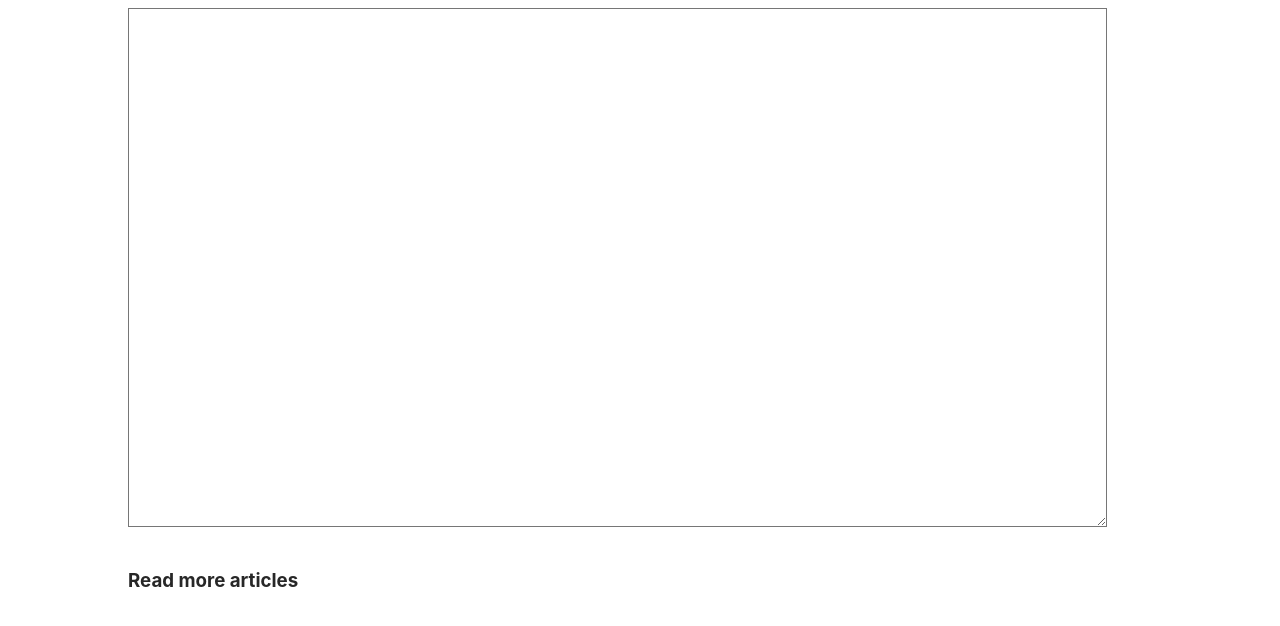
Repository: ValGrace/-static-site
Page: /articles (app in client/)
An editor plug-in stored every save of this project. The page is shown before and after the next save, followed by the edit.
The browser window is 1280 px wide. The pictures show the whole page.
The project was rebuilt for these pictures with package versions that can differ from the ones it lists, and the page was loaded fresh each time. Also part of the build but not shown: client/vite.config.js, client/src/Utils/appwrite.js, client/src/Components/Inputs.css, client/src/Components/Login.jsx, client/src/Components/Signup.jsx, client/src/Components/Navbar.css, client/src/Components/Navbar.jsx, client/src/Components/HomeSection.jsx and 4 more.

Above is the page before, as saved 2023-02-13 06:22:30.

### client/src/main.jsx
import React from 'react'
import ReactDOM from 'react-dom/client'
import App from './App'
import './index.css'
import { BrowserRouter } from 'react-router-dom'
ReactDOM.createRoot(document.getElementById('root')).render(
  <React.StrictMode>
    <BrowserRouter>
    <App />
    </BrowserRouter>
  </React.StrictMode>,
)

### client/src/App.jsx
import PageRouter from './Routing/PageRouter'
import './App.css'

function App() {


  return (
    <div className="App">
      <PageRouter />
    </div>
  )
}

export default App

### client/src/index.css
:root {
  font-family: Inter, system-ui, Avenir, Helvetica, Arial, sans-serif;
  line-height: 1.5;
  font-weight: 400;

  color-scheme: light dark;
  color: rgba(7, 7, 7, 0.87);
  background-color: #ffffff;

  font-synthesis: none;
  text-rendering: optimizeLegibility;
  -webkit-font-smoothing: antialiased;
  -moz-osx-font-smoothing: grayscale;
  -webkit-text-size-adjust: 100%;
}

/* a {
  font-weight: 500;
  color: #646cff;
  text-decoration: inherit;
}
a:hover {
  color: #535bf2;
}

body {
  margin: 0;
  display: flex;
  place-items: center;
  min-width: 320px;
  min-height: 100vh;
}

h1 {
  font-size: 3.2em;
  line-height: 1.1;
}

button {
  border-radius: 8px;
  border: 1px solid transparent;
  padding: 0.6em 1.2em;
  font-size: 1em;
  font-weight: 500;
  font-family: inherit;
  background-color: #1a1a1a;
  cursor: pointer;
  transition: border-color 0.25s;
}
button:hover {
  border-color: #646cff;
}
button:focus,
button:focus-visible {
  outline: 4px auto -webkit-focus-ring-color;
}

@media (prefers-color-scheme: light) {
  :root {
    color: #213547;
    background-color: #ffffff;
  }
  a:hover {
    color: #747bff;
  }
  button {
    background-color: #f9f9f9;
  }
} */

### client/src/Routing/PageRouter.jsx
import Dashboard from "../Pages/Dashboard";
import HomePage from "../Pages/HomePage";
import { Routes, Route} from "react-router-dom"
import AboutPage from "../Pages/aboutPage";
import Articles from "../Pages/Articles";
const PageRouter = () => {
    return (
        <Routes>
            <Route path="/" element={<Dashboard />} />
            <Route path="/home" element={<HomePage />} />
            <Route path="/about" element={<AboutPage />} />
            <Route path="/articles" element={<Articles />} />

        </Routes>
    )
}

export default PageRouter

### client/src/App.css
.App {
  display: flex;
  flex-direction: column;
  justify-content: center;
  align-items: center;
}

### client/src/Pages/Dashboard.jsx
import React, { useReducer} from 'react'
import Login from '../Components/Login'
import Signup from '../Components/Signup'
import "../Components/Inputs.css"
const initialState = {page : <Login />}
function reducer(state, action) {
    switch(action.type) {
        case 'loginpage':
          return { page: <Login />}
        case 'signuppage':
            return { page: <Signup />}
        default:
            return { page: <h2>Loading....</h2>}
    }
}
const Dashboard = () => {
    const [state, dispatch] = useReducer(reducer, initialState)
    return (
        <div className='dashboard'>
         <h2>Static Site Generator</h2>
         <div>Static site Image</div>
         <div className='dash' id='dash'>
            <div className='toggleForms'>
                <button onClick={() => dispatch({type: 'loginpage'})} className="type-btn">Login</button>
                <button onClick={() => dispatch({type: 'signuppage'})} className="type-btn">Signup</button>
                </div>
            <React.Fragment>{state.page}</React.Fragment>

            <button id="auth-btns">Login with Github account</button>
            <button id="auth-btns">Login with Google account</button>
         </div>
       </div>
    )
}

export default Dashboard

### client/src/Pages/Articles.jsx
const Articles = () => {
    return (
        <>
          <div className="articles">
            <div className="md-editor">
            <textarea />
            </div>
            <div>
                <h3>Read more articles</h3>
            </div>
          </div>
        </>
    )
}

export default Articles

### client/src/Components/InfoPage.css
#about-page {
    font-size:2rem;
    text-transform: capitalize;

    width: 80vw;

    text-align: center;
}

.about-mid {
   display: flex;
   gap: 0.4rem;
   flex-wrap: wrap;
   flex-direction: column;
}

.about-info, .abt-context {
    /* width: 25vw; */
    display: flex;
    flex-direction: column;

}
#context {
    width: 75vw;
}

.abt-img {
    background-color: rgba(54, 4, 4, 0.685);
    width: 75vw;

}

.md-editor {
    width: 80vw;
    height: 75vh;
}

.md-editor > textarea {
    width: 95%;
    height: 95%;
    background-color: transparent;
}
.md-edit {
    position: absolute;
    width: 80vw;
    height: 90vh;
    top: 10%;

}

.md-edit > textarea {
    width: 90%;
    height: 95%;
    background-color: black;
    color: aliceblue;
    border-radius: 8px;
}

.md-btns {
    display: flex;
    background-color: rgb(38, 5, 114);
    color: rgb(176, 176, 197);
}

#md-btn {
    flex-grow: 1;
}
@media screen and (min-width: 670px) {
    #abt-info {
        flex-direction: row-reverse;
    }
    .about-info, .abt-context {
        flex-direction: row;
        justify-content: center;
        gap: 0.8em;

    }
    .abt-pg {
        display: flex;
        flex-direction: column;
        width: 40vw;
    }
    .abt-img {
        width: 40vw;
    }

}

Loaded but not shown: client/index.html (common file)

After the next save:
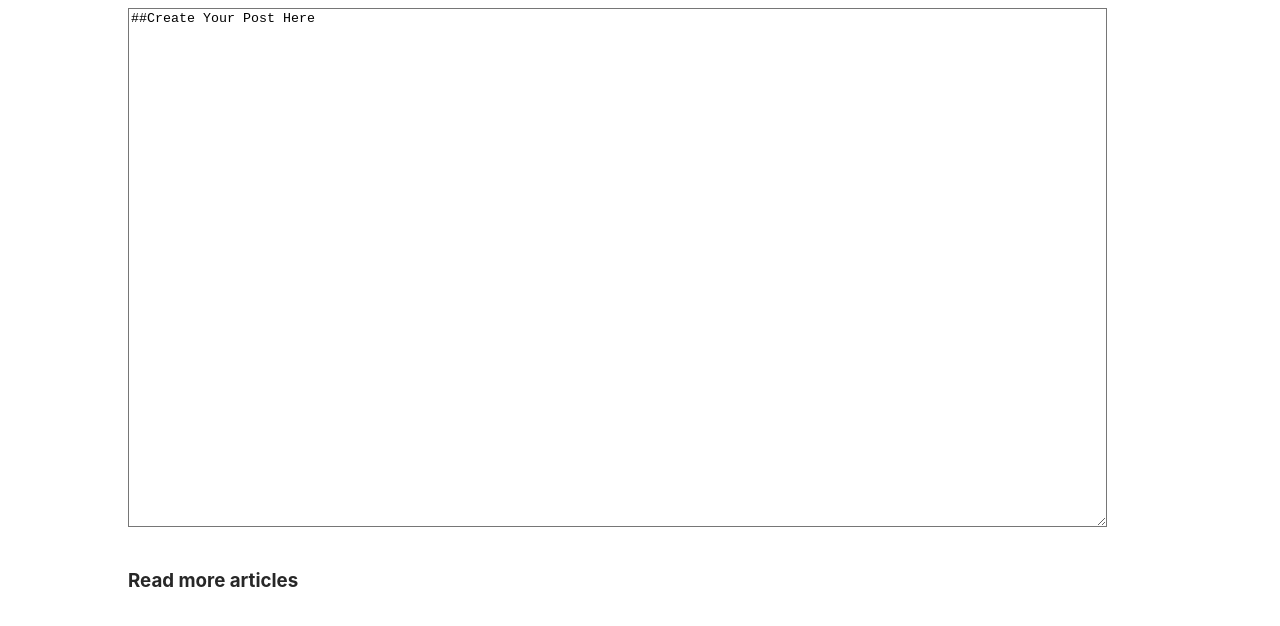
Saved 12 min 14 s later.
--- a/client/src/Pages/Articles.jsx
+++ b/client/src/Pages/Articles.jsx
@@ -3,7 +3,7 @@ const Articles = () => {
         <>
           <div className="articles">
             <div className="md-editor">
-            <textarea />
+            <textarea value="##Create Your Post Here"/>
             </div>
             <div>
                 <h3>Read more articles</h3>
